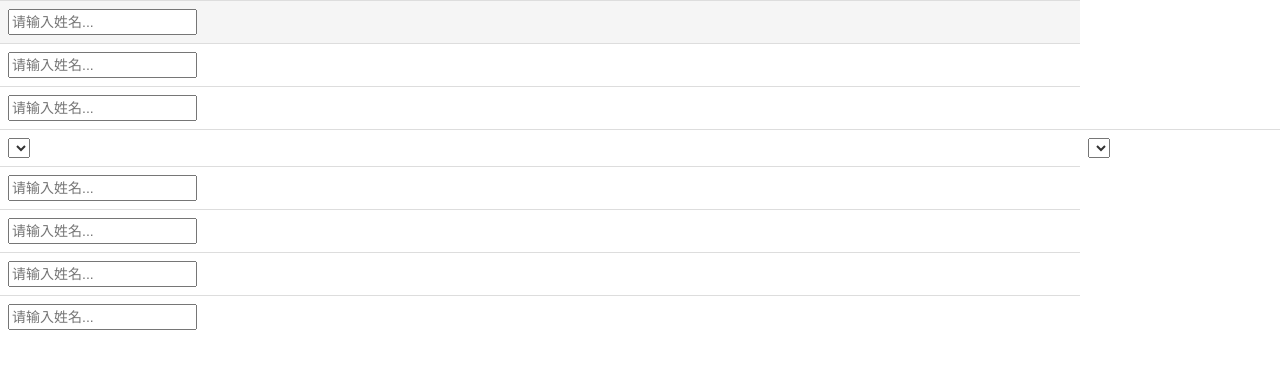
Repository: HelloChuang/HelloChuang-EclipseWorkSpace
Page: http://localhost/SpringMVCFight/stu_add.jsp
An editor plug-in stored every save of this project. The page is shown before and after the next save, followed by the edit.
The browser window is 1280 px wide. The pictures show the whole page.
The page is served by Tomcat 9. Nobody is signed in. The application's start-up code is not run.

Above is the page before, as saved 2018-11-05 11:46:28.

After the next save:
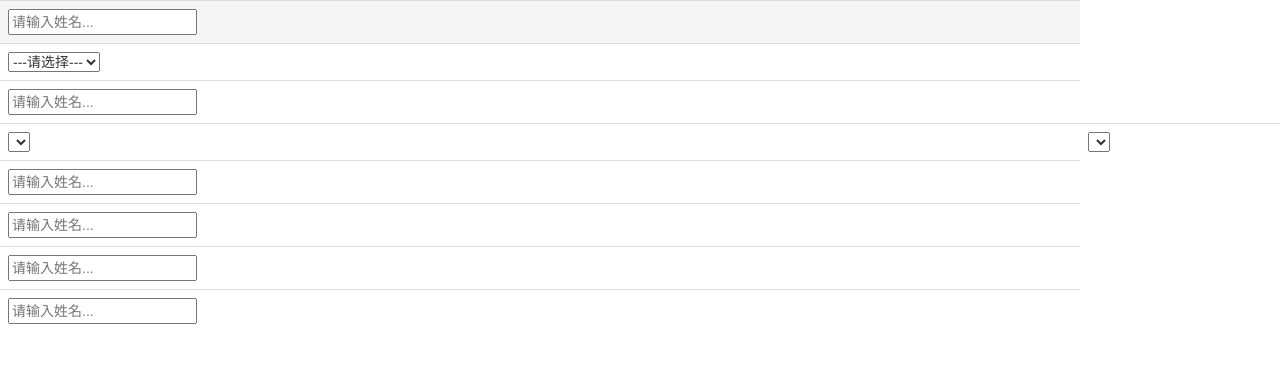
Saved 2 min 30 s later.
--- a/EclipseWorkSpace/SpringMVCFight/src/main/webapp/stu_add.jsp
+++ b/EclipseWorkSpace/SpringMVCFight/src/main/webapp/stu_add.jsp
@@ -18,7 +18,14 @@
 	<form action="stuAdd" method="post">
 		<table class="table table-hover">
 				<tr class="sucess"><td><input type="text" name="sname" required placeholder="请输入姓名..."/></td></tr>
-				<tr class="sucess"><td><input type="text" name="sex" required placeholder="请输入姓名..."/></td></tr>
+				<tr class="sucess"><td>
+				<select name="sex">
+				<option >---请选择---</option>
+				<option value="1">男</option>
+				<option value="0">女</option>
+				</select>
+
+				</td></tr>
 				<tr class="sucess"><td><input type="text" name="examnum" required placeholder="请输入姓名..."/></td></tr>
 
 
